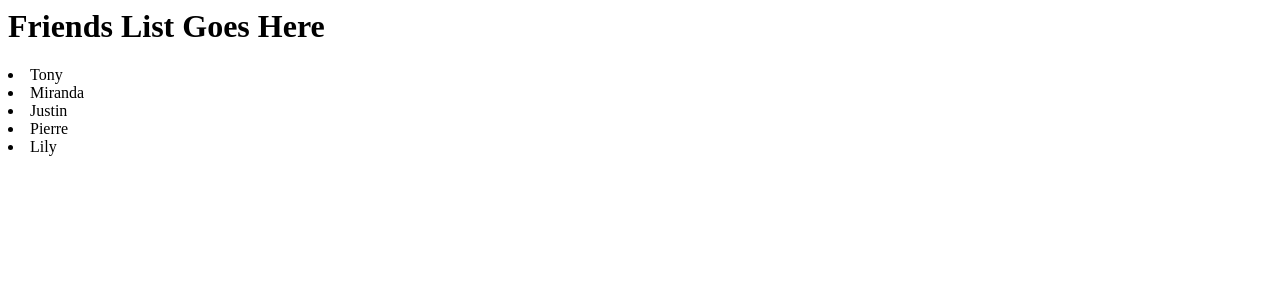
Repository: Nafeek30/WebProjects
Page: http://localhost/friends
The author's editor kept a record of every edit. The page is drawn from the files as they stood at one moment, then again after the next edit.
The browser window is 1280 px wide. The pictures show the whole page.
The page is served by the project's Node server (MoreExpress/PostRequestDemo/app.js).

Above is the page before.

After the next edit:
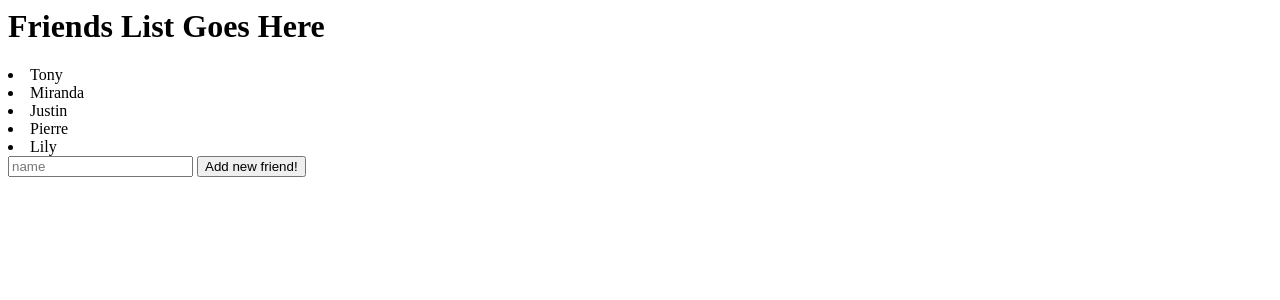
The edit:
--- a/Cloud 9 projects/MoreExpress/PostRequestDemo/views/friends.ejs
+++ b/Cloud 9 projects/MoreExpress/PostRequestDemo/views/friends.ejs
@@ -9,5 +9,7 @@
 <!--creating the form to add more friends -->
 <!--it has to have two attributes: action which will be the name of the page we're going/using to send post and method which is post type -->
 <form action="/addfriend" method="POST">
-
+    <!--the name attribute will store the body of the input and we'll use this to add new person to the list -->
+    <input type="text" name="newFriend" placeholder="name">
+    <button>Add new friend!</button>
 </form>
